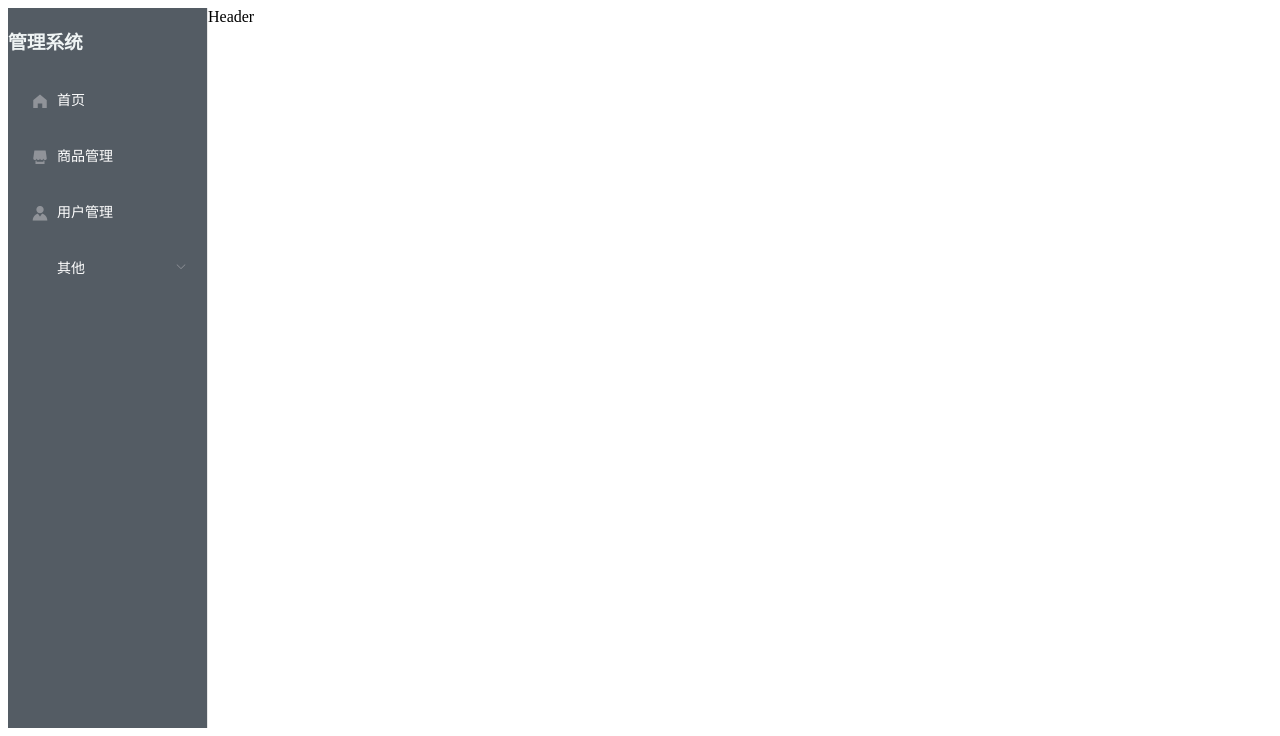
Repository: tkqi/manage
Page: /
These files come from the project's save history. The page is drawn as it stood at one moment and after the next save; the edit follows.
The browser window is 1280 px wide. The pictures show the whole page.
The project was rebuilt for these pictures with package versions that can differ from the ones it lists, and the page was loaded fresh each time. Also part of the build but not shown: vue.config.js.

Above is the page before, as saved 2023-12-01 14:23:15.

### src/main.js
import Vue from 'vue'
import App from './App.vue'
import router from './router'
import store from './store'
import ElementUI from 'element-ui';
import 'element-ui/lib/theme-chalk/index.css';

Vue.config.productionTip = false
Vue.use(ElementUI);

new Vue({
  router,
  store,
  render: h => h(App)
}).$mount('#app')

### src/App.vue
<template>
  <div id="app">
    <!-- 路由出口 -->
    <router-view/>
  </div>
</template>

<script>
export default{
  name:'App'
}
</script>

<style lang="less" scoped>
html,
body{
  margin:0;
  padding: 0;
}
</style>

### src/router/index.js
import Vue from 'vue'
import VueRouter from 'vue-router'
import routes from './routes'
Vue.use(VueRouter)


const router = new VueRouter({
  routes: routes
})

// 暴露router实例
export default router

### src/router/routes.js
export default [
    // 主路由
    {
        path: '/',
        component: () => import('../views/Main.vue'),
        // 子路由
        children: [
            {
                path: '/home',
                // 路由组件懒加载
                component: () => import('../views/Home.vue')
            },
            {
                path: '/user',
                component: () => import('../views/User.vue')
            }
        ]
    },
    {
        path: '/home',
        // 路由组件懒加载
        component: () => import('../views/Home.vue')
    },
    {
        path: '/user',
        component: () => import('../views/User.vue')
    }
]

### src/views/Main.vue
<!-- eslint-disable vue/multi-word-component-names -->
<template>
    <div>
        <el-container >
            <el-aside width="200px"><sidebar/></el-aside>
            <el-container>
                <el-header>Header</el-header>
                <el-main><router-view /></el-main>
            </el-container>
        </el-container>

    </div>
</template>

<script>
import sidebar from '../components/sidebar.vue'
export default {
    components:{
        sidebar
    }
}
</script>

<style lang="less" scoped>
.el-header {
    padding: 0
}
</style>

### src/components/sidebar.vue
<!-- eslint-disable vue/multi-word-component-names -->
<template>
    <el-menu default-active="1-4-1" class="menu" @open="handleOpen" @close="handleClose" :collapse="isCollapse"
        background-color="#545c64" text-color="#fff" active-text-color="#ffd04b"    >
        <h3>管理系统</h3>
        <el-menu-item v-for="item in noChildren" :key="item.name" index="item.name">
            <i :class="`el-icon-${item.icon}`"></i>
            <span slot="title">{{ item.label }}</span>
        </el-menu-item>
        <el-submenu v-for="item in hasChildren" :key="item.label" index="item.label">
            <template slot="title">
                <i :class="`el-icon-${item.icon}`"></i>
                <span slot="title">{{ item.label }}</span>
            </template>
            <el-menu-item-group v-for="subitem in item.children" :key="subitem.name">
                <el-menu-item index="subitem.name">{{ subitem.label }}</el-menu-item>
            </el-menu-item-group>
        </el-submenu>
    </el-menu>
</template>


<style lang="less" scoped>
.el-menu-vertical-demo:not(.el-menu--collapse) {
    width: 200px;
    min-height: 400px;
}

.menu{
    height: 100vh;
    h3{
        color: rgb(239, 244, 244);
    }
}
</style>

<script>
export default {
    computed: {
        // 无子菜单
        noChildren() {
            return this.menuData.filter(o => !o.children);
        },
        // 有子菜单
        hasChildren() {
            return this.menuData.filter(o => o.children);
        }
    },
    data() {
        return {
            isCollapse: false,
            menuData: [
                {
                    path: '/',
                    name: 'home',
                    label: "首页",
                    icon: 's-home',
                    url: 'Home/Home'
                },
                {
                    path: '/mall',
                    name: 'mall',
                    label: "商品管理",
                    icon: 's-shop',
                    url: 'MallManage/MallManage'
                },
                {
                    path: '/user',
                    name: 'user',
                    label: "用户管理",
                    icon: 's-custom',
                    url: 'UserManage/UserManage'
                },
                {
                    label: '其他',
                    icon: 's-other',
                    children: [
                        {
                            path: '/page1',
                            name: 'page1',
                            label: "页面1",
                            icon: 's-claim',
                            url: 'Other/PageOne'
                        },
                        {
                            path: '/page2',
                            name: 'page2',
                            label: "页面2",
                            icon: 's-claim',
                            url: 'Other/PageTwo'
                        },
                    ]
                }
            ]
        };
    },
    methods: {
        handleOpen(key, keyPath) {
            console.log(key, keyPath);
        },
        handleClose(key, keyPath) {
            console.log(key, keyPath);
        }
    }
}
</script>

<style lang="less" scoped>

</style>

Loaded but not shown: public/index.html (common file); src/store/index.js (common file)

After the next save:
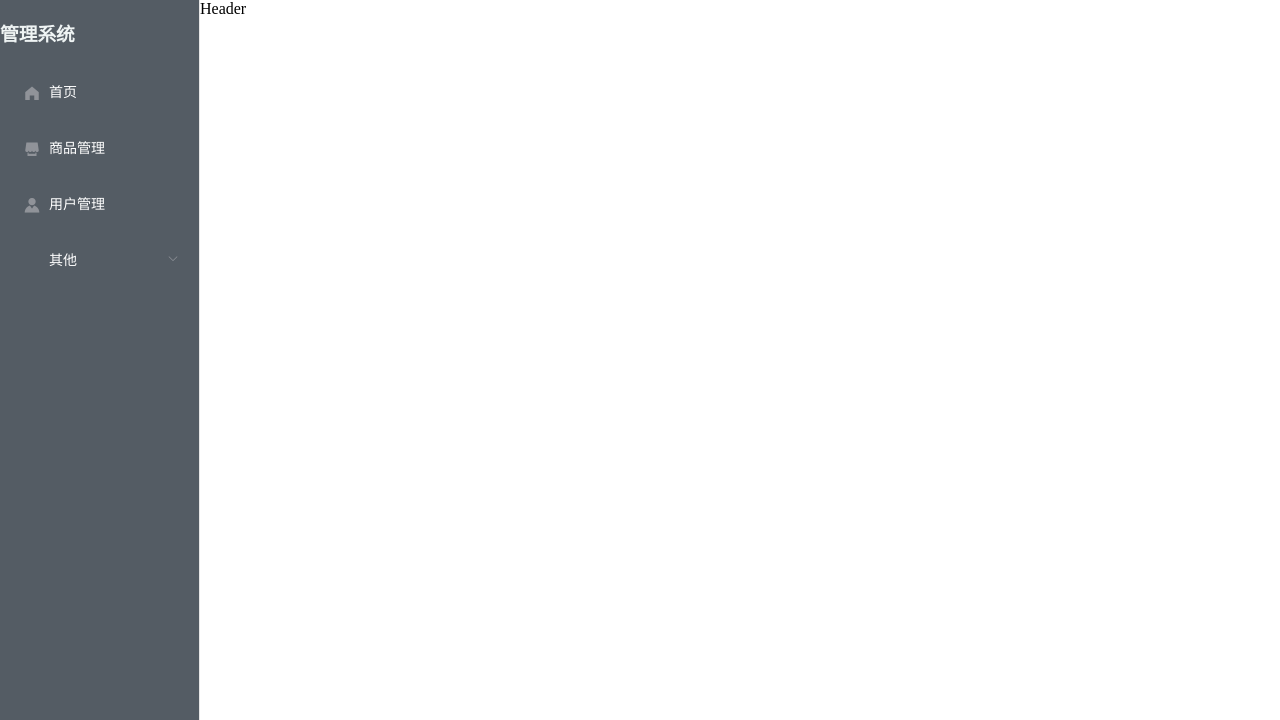
Saved 27 s later.
--- a/src/App.vue
+++ b/src/App.vue
@@ -11,7 +11,7 @@ export default{
 }
 </script>
 
-<style lang="less" scoped>
+<style lang="less">
 html,
 body{
   margin:0;
